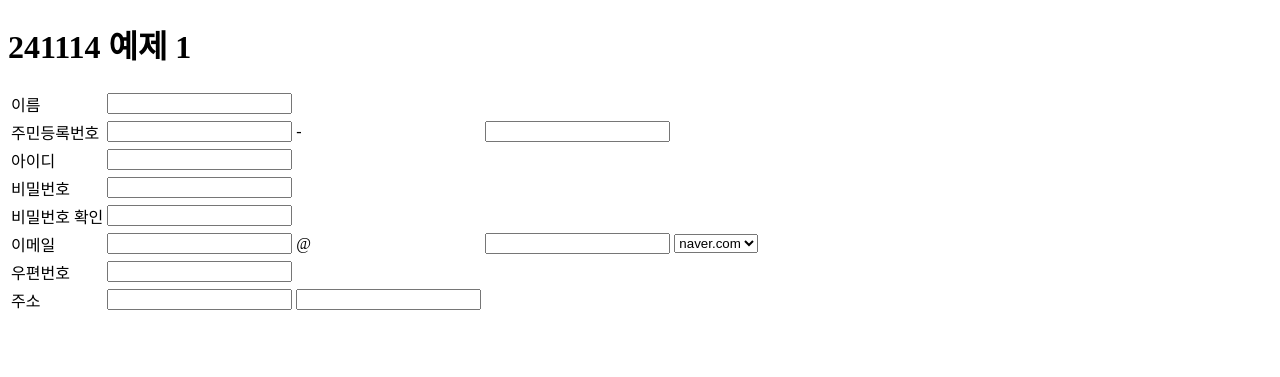
Repository: jsunnypi/JSP
Page: http://localhost/Test/inputForm.jsp
An editor plug-in stored every save of this project. The page is shown before and after the next save, followed by the edit.
The browser window is 1280 px wide. The pictures show the whole page.
The page is served by Tomcat 9.

Above is the page before, as saved 2024-11-14 03:42:28.

After the next save:
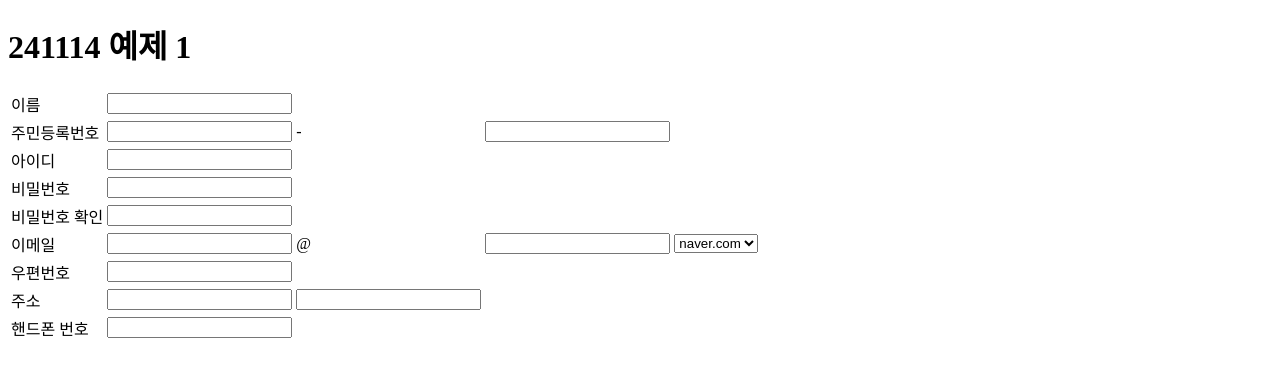
Saved 29 s later.
--- a/Test/src/main/webapp/inputForm.jsp
+++ b/Test/src/main/webapp/inputForm.jsp
@@ -85,13 +85,13 @@
 				</td>
 			</tr>
 
-	<!-- 		<tr>
+			<tr>
 				<td> 핸드폰 번호 </td>
 				<td>
 					<input type="text" name="phone" size=20>
 				</td>
 			</tr>
-			 -->
+
 
 
 
